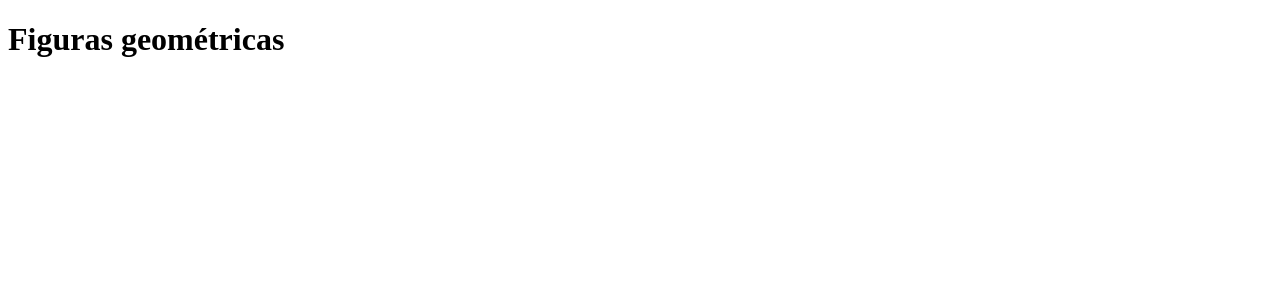
Repository: ChristianGecchelin/javascript-project
Page: javascript-project/figuras-geometricas/figuras.html
These files come from the project's save history. The page is drawn as it stood at one moment and after the next save; the edit follows.
The browser window is 1280 px wide. The pictures show the whole page.

Above is the page before, as saved 2021-11-30 15:55:20.

### javascript-project/figuras-geometricas/figuras.html
<!DOCTYPE html>
<html lang="en">
  <head>
    <meta charset="UTF-8" />
    <meta http-equiv="X-UA-Compatible" content="IE=edge" />
    <meta name="viewport" content="width=device-width, initial-scale=1.0" />
    <title>Figuras geométricas | Proyecto 1</title>
  </head>
  <body>
    <h1>Figuras geométricas</h1>
    <script src="./figurasConFunciones.js"></script>
  </body>
</html>

### javascript-project/figuras-geometricas/figurasConFunciones.js
/* Codigo del cuadrado */
console.group("Cuadrado");
function perimetroCuadrado(lado) {
  return lado * 4;
}
/* console.log(`Perimetro del cuadrado es: ${perimetroCuadrado} cm.`); */
function areaCuadrado(lado) {
  return (
    lado ** 2
  ); /* debe estar escrito de igual manera el parametro que el return */
}

/* console.log(`El area del cuadrado es: ${areaCuadrado} cm^2.`); */
console.groupEnd();

/* Codigo del triangulo */
console.group("Triangulo");

function perimetroTriangulo(lado1, lado2, base) {
  return lado1 + lado2 + base;
}
function areaTriangulo(base, altura) {
  return (base * altura) / 2;
}
console.groupEnd();

//Codigo Circulo
console.group("Circulo");
function diametroCirculo(radio) {
  return radio * 2;
}
const pi = Math.PI;
function circunferencia(radio) {
  const diametro = diametroCirculo(radio);
  /* llamo a una funcion dentro de otra y creo una variable que tiene alcance local */
  return diametro * pi;
}
function superficieCirculo(radio) {
  return pi * radio ** 2;
}

console.groupEnd();

After the next save:
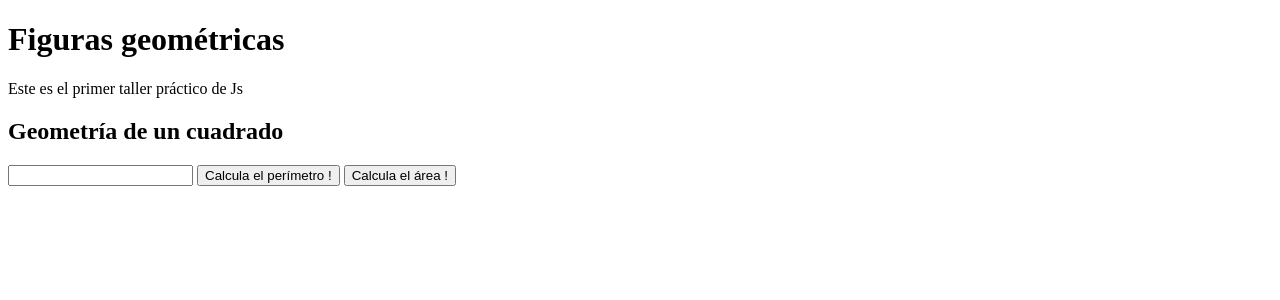
Saved 20 h 8 min later.
--- a/javascript-project/figuras-geometricas/figuras.html
+++ b/javascript-project/figuras-geometricas/figuras.html
@@ -7,7 +7,19 @@
     <title>Figuras geométricas | Proyecto 1</title>
   </head>
   <body>
-    <h1>Figuras geométricas</h1>
+    <header>
+      <h1>Figuras geométricas</h1>
+      <p>Este es el primer taller práctico de Js</p>
+    </header>
+    <section>
+      <h2>Geometría de un cuadrado</h2>
+      <form action="">
+        <label for=""></label>
+        <input type="number" />
+        <button>Calcula el perímetro !</button>
+        <button>Calcula el área !</button>
+      </form>
+    </section>
     <script src="./figurasConFunciones.js"></script>
   </body>
 </html>
